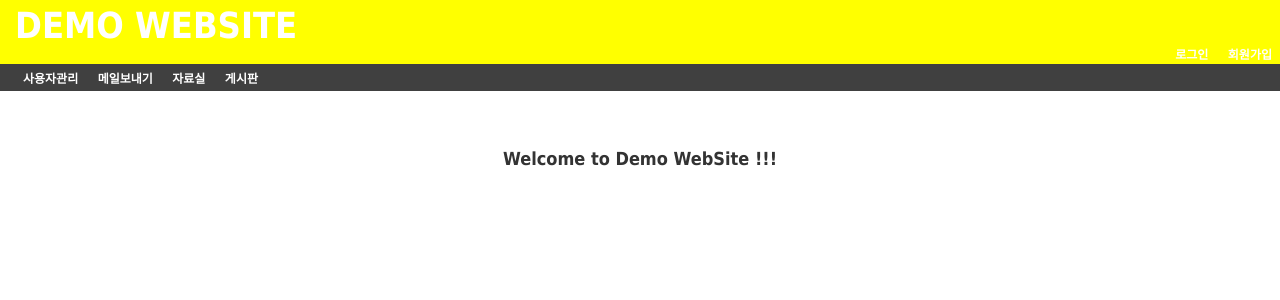
Repository: shin-yj/java
Page: http://localhost/demoweb/home.action
An editor plug-in stored every save of this project. The page is shown before and after the next save, followed by the edit.
The browser window is 1280 px wide. The pictures show the whole page.
The page is served by Tomcat 9.

Above is the page before, as saved 2020-08-05 08:54:27.

After the next save:
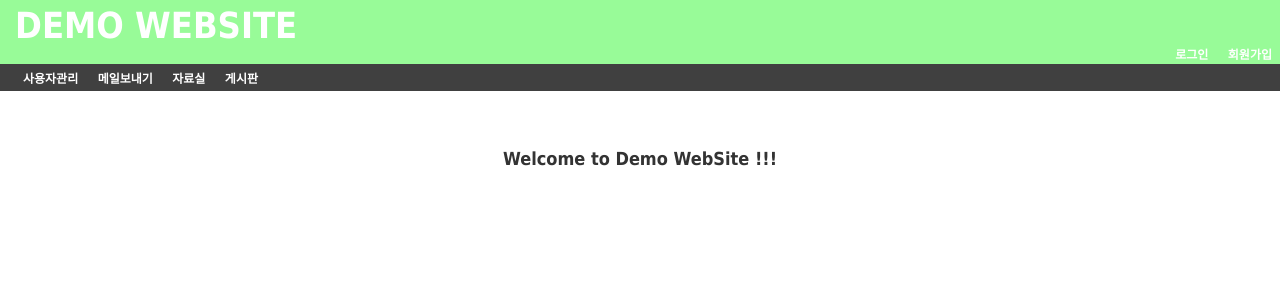
Saved 44 s later.
--- a/java/demoweb/WebContent/WEB-INF/views/module/header.jsp
+++ b/java/demoweb/WebContent/WEB-INF/views/module/header.jsp
@@ -1,7 +1,7 @@
 <%@ page language="java" contentType="text/html; charset=utf-8"
     pageEncoding="utf-8"%>
     <!-- 재사용할 내용  -->
-		<div id="header" style='background-color:yellow'>
+		<div id="header" style='background-color:palegreen'>
             <div class="title">
                 <a href="/demoweb/home.action">DEMO WEBSITE</a>
             </div>
